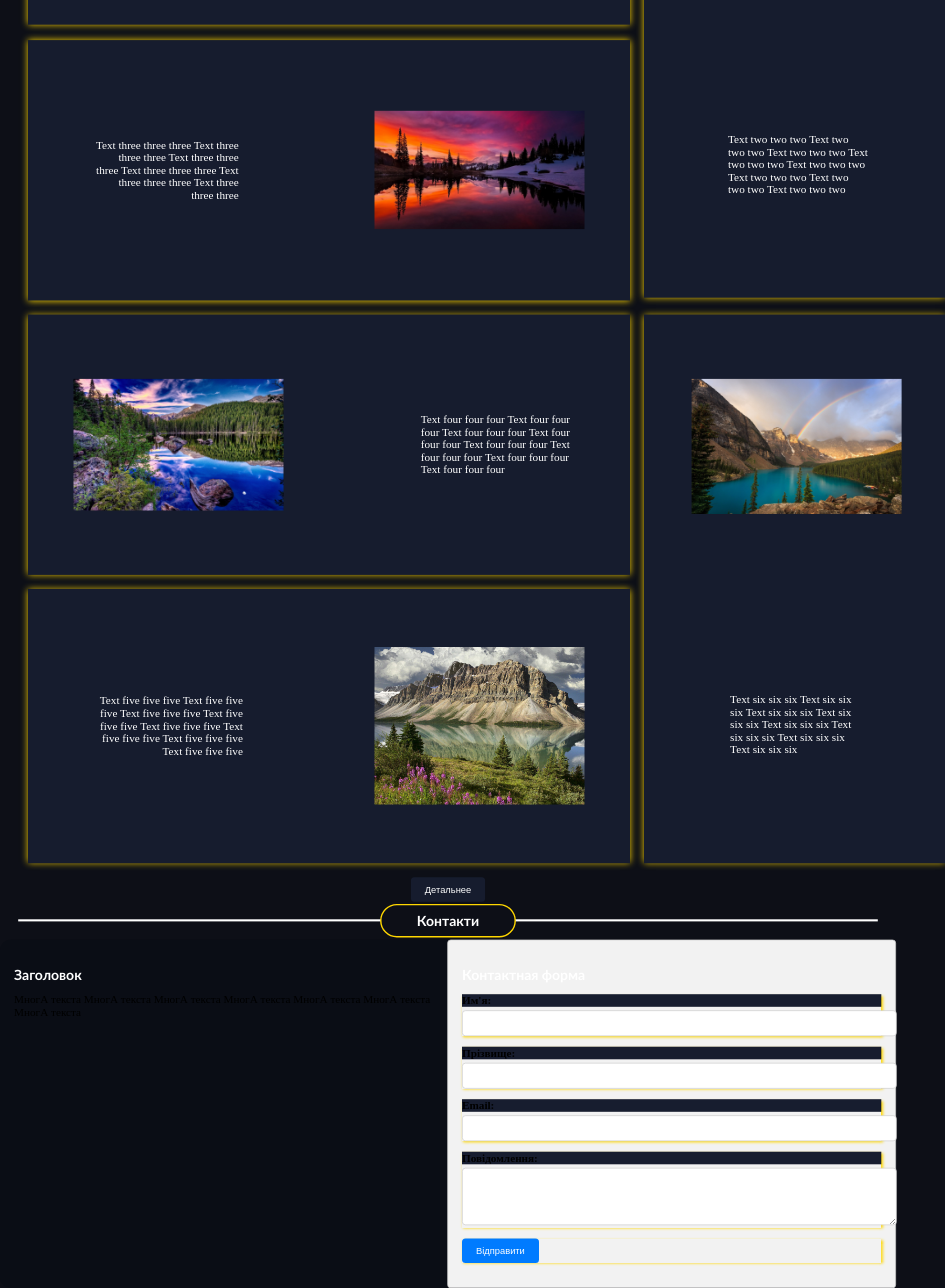
Repository: qtqqrdy13/cv-2
Page: index.html
The author's editor kept a copy of each file at every save. The page is drawn from the files as they stood at one save, then again after the next save.
The browser window is 1280 px wide. The page is 1350 px wide, so the pictures cover 1350 px, including what lies to the right of the window. The pictures show the part of the page from y = 3316 to 5156 px (the page is 5156 px tall before and 5154 px after), at 70% of full size.

Above is the page before, as saved 2023-10-12 15:34:52.

After the next save:
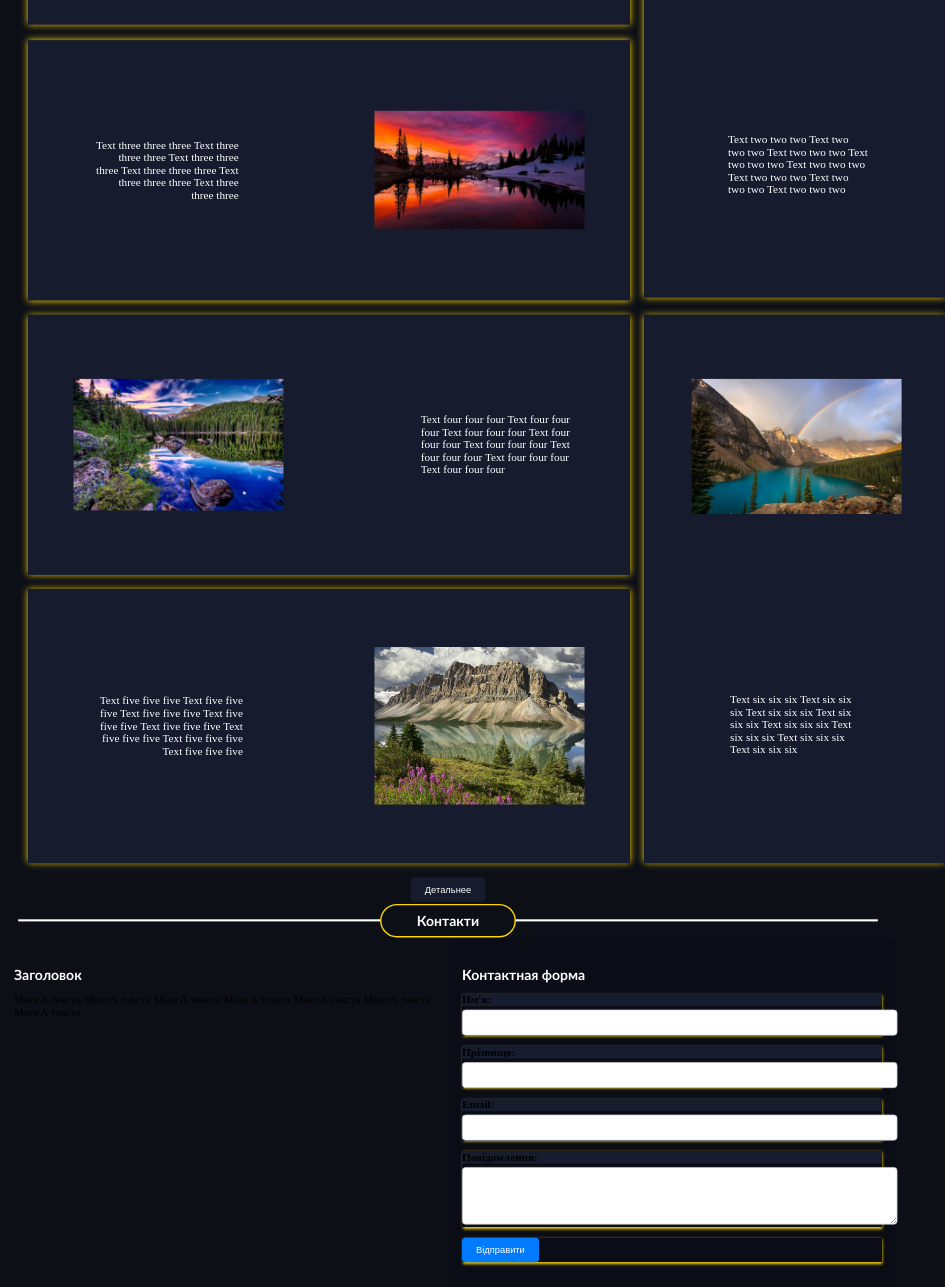
Saved 59 s later.
--- a/main.css
+++ b/main.css
@@ -675,7 +675,7 @@ h2:hover {
     display: flex;
     justify-content: space-between;
     border-radius:15px;
-    background-color:#0a0d15;
+
 }
 
 .text {
@@ -686,9 +686,8 @@ h2:hover {
 .form {
     flex: 1;
     padding: 20px;
-    background-color: #f2f2f2;
-    border: 1px solid #ccc;
     border-radius: 5px;
+    background-color:#0a0d15
 }
 
 .form-group {
